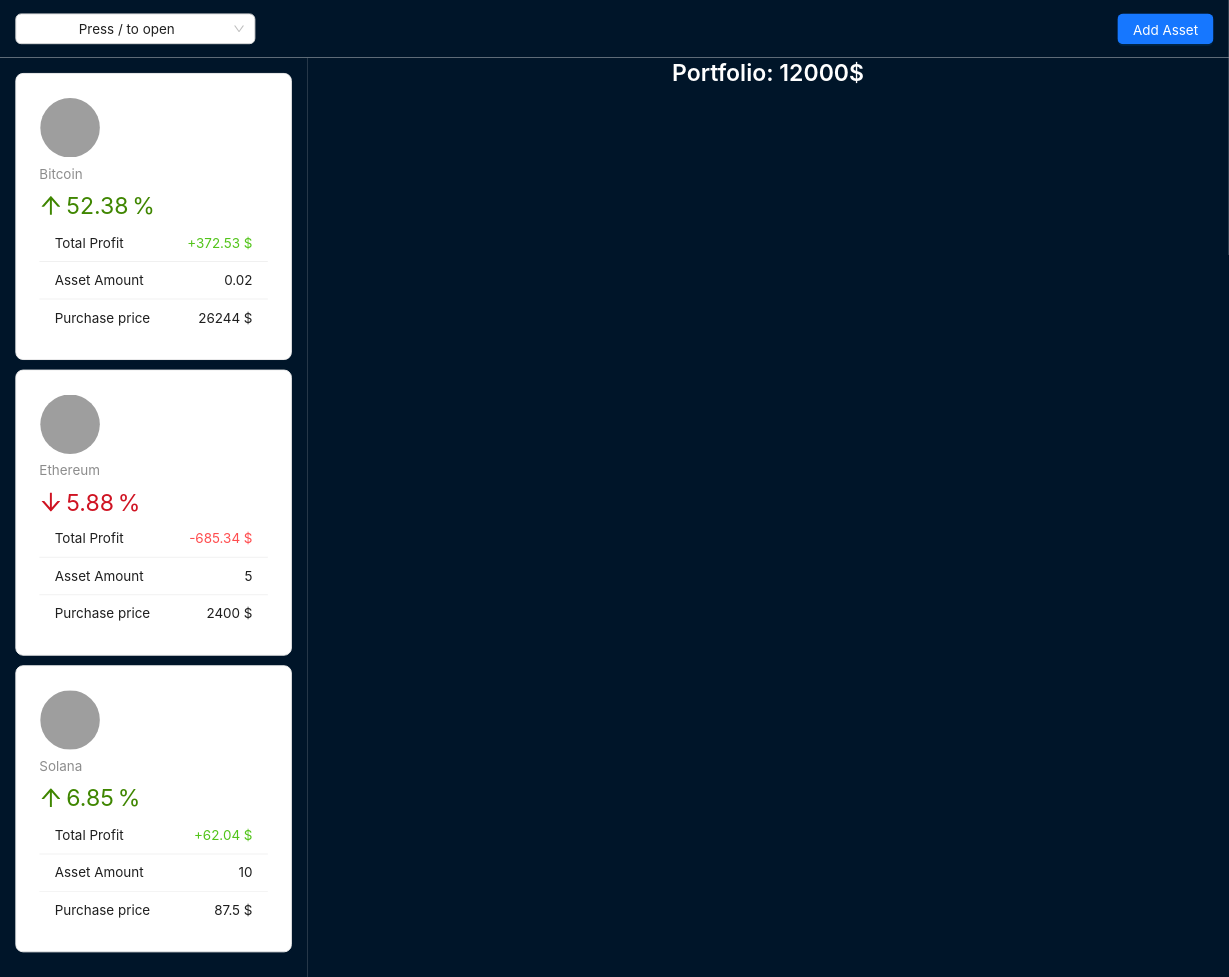
Repository: Vadia23/React-Crypto-App
Page: /
These files come from the project's save history. The page is drawn as it stood at one moment and after the next save; the edit follows.
The browser window is 1280 px wide. The pictures show the whole page, at 96% of full size.
Pictures or frames that could not be fetched are drawn as grey boxes. The project was rebuilt for these pictures with package versions that can differ from the ones it lists, and the page was loaded fresh each time. Also part of the build but not shown: vite.config.js, src/components/CoinInfo.jsx, src/components/CoinInfoModal.jsx, src/components/AddAssetForm.jsx, src/components/layout/AppConten.jsx.

Above is the page before, as saved 2024-02-28 13:55:10.

After the next save:
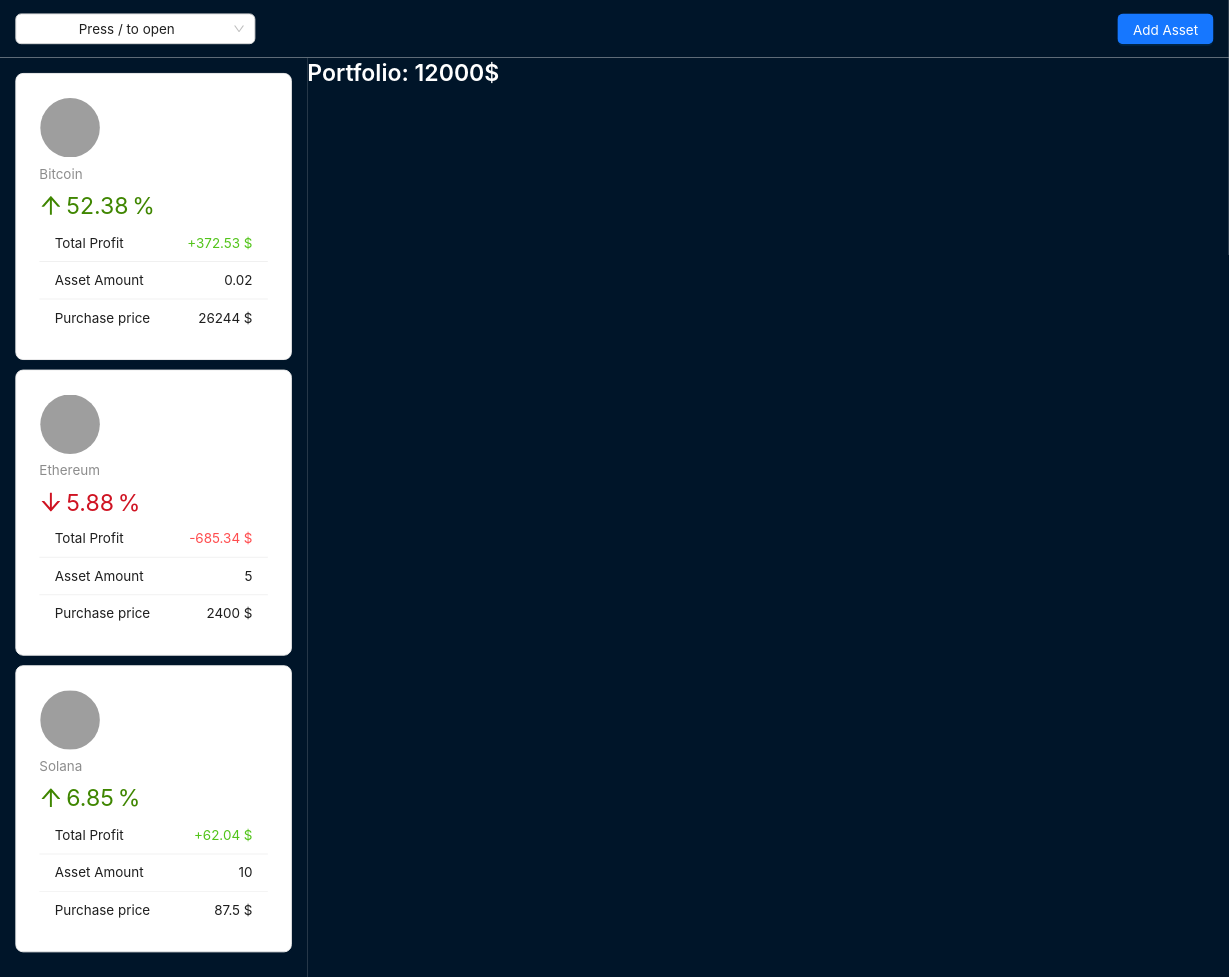
Saved 45 s later.
--- a/src/components/layout/AppContent.jsx
+++ b/src/components/layout/AppContent.jsx
@@ -10,7 +10,7 @@
 export default function AppContent() {
   return (
     <Layout.Content style={contentStyle}>
-      <Typography.Title level={3} style={{ color: "#fff" }}>
+      <Typography.Title level={3} style={{ color: "#fff", textAlign: "left" }}>
         Portfolio: 12000$
       </Typography.Title>
     </Layout.Content>
